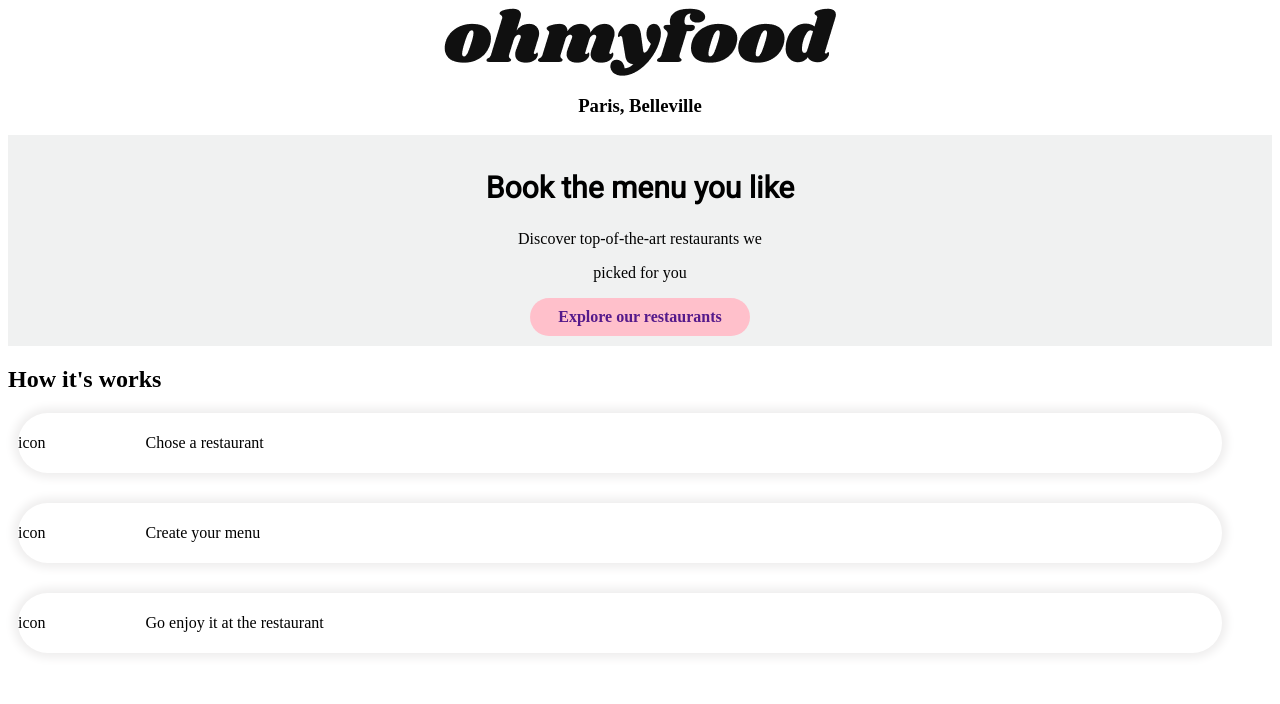
Repository: ailahin/ohmyfood
Page: Index.html
The author's editor kept a copy of each file at every save. The page is drawn from the files as they stood at one save, then again after the next save.
The browser window is 1280 px wide. The pictures show the whole page.
Some web fonts or font styles are not loaded; a fallback is used.

Above is the page before, as saved 2023-08-11 04:12:01.

After the next save:
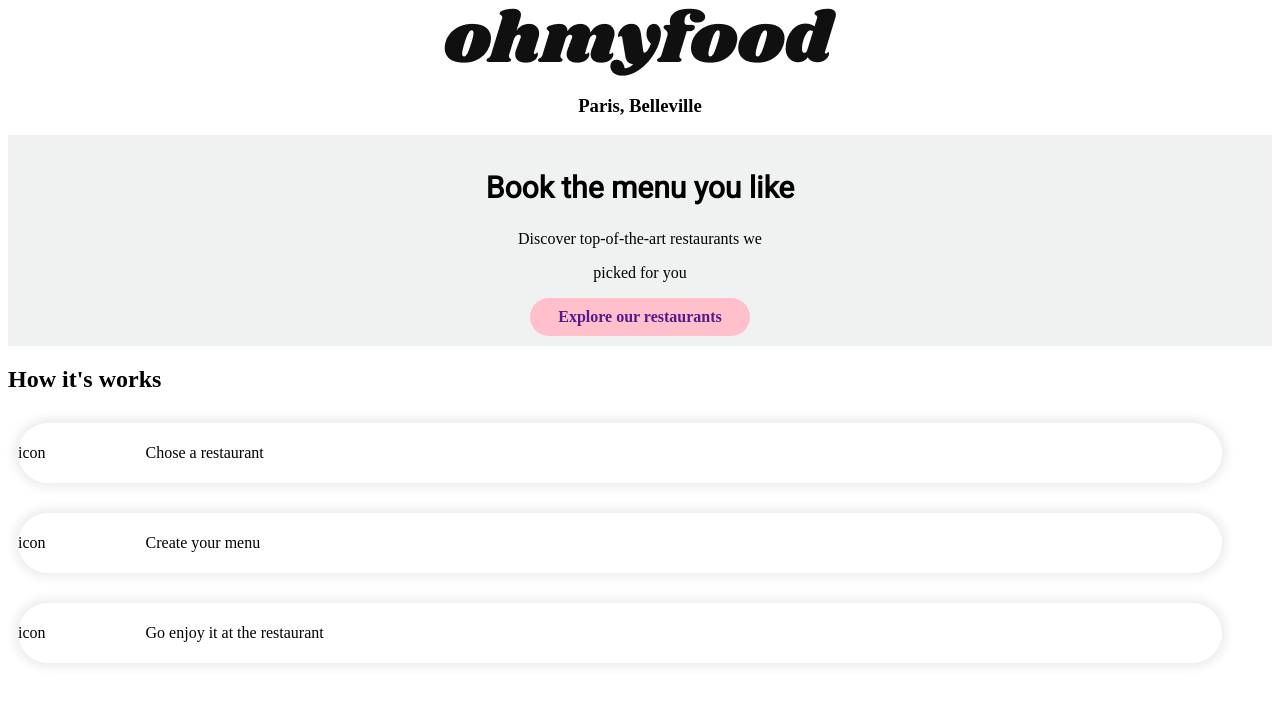
Saved 4 s later.
--- a/index.css
+++ b/index.css
@@ -57,7 +57,7 @@ nav{
 .card{
     box-shadow: 0px 0px 10px 5px rgb(239, 238, 238);
     border-radius: 100px;
-    margin: 20px 50px 30px 10px;
+    margin: 30px 50px 30px 10px;
     height:60px;
     display: flex;
     align-items: center;
